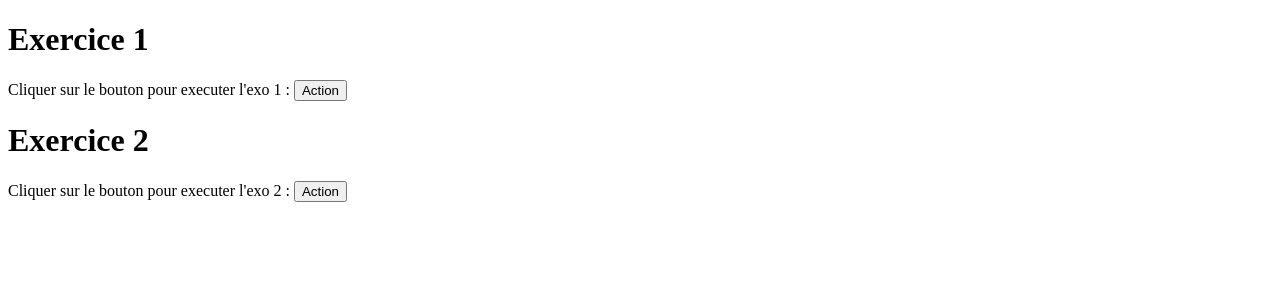
Repository: AgatheLM/formation_js
Page: insee-travaux-js/insee-client-js/exo1.html
An editor plug-in stored every save of this project. The page is shown before and after the next save, followed by the edit.
The browser window is 1280 px wide. The pictures show the whole page.

Above is the page before, as saved 2018-01-24 11:23:24.

### insee-travaux-js/insee-client-js/exo1.html
<!DOCTYPE html>
<html>
<head>
<meta charset="utf-8">
<meta http-equiv="X-UA-Compatible" content="IE=edge">
<title>Ma page de calcul</title>
<script type="text/javascript" src="scripts/main.js"></script>
</head>
<body>

	<h1> Exercice 1 </h1>
	<form action="">
		Cliquer sur le bouton pour executer l'exo 1 : <input type="button"
			value="Action" onclick="main()" />
	</form>

	<h1> Exercice 2 </h1>
	<form action="">
		Cliquer sur le bouton pour executer l'exo 2 : <input type="button"
			value="Action" onclick="main_exo2()" />
	</form>


</body>
</html>

### insee-travaux-js/insee-client-js/scripts/main.js
function main(){

	// Exercice 1
	try{
		// 1 - Demande à l'utilisateur
		var largeur = prompt ('Renseigner la largeur?','');
		var longueur = prompt ('Renseigner la longueur?','');
		//2. Appel aux fonctions utilitaires
		var surface=calculSurface(longueur, largeur);
		var perimetre=calculPerimetre(longueur, largeur);
		//3. Affichage du résultat
		alert ("La surface est de " + surface);
		alert ("Le périmètre est de " + perimetre);
	} catch(e) {
		console.log(e);
	}


}

function main_exo2(){

	/*Exercice 2 : Manipulation des tableaux
	Nous souhaitons afficher les éléments d’un tableau selon l’indice fourni par un utilisateur.
	Cette action sera répétée autant de fois jusqu’à ce que l’utilisateur saisisse le nombre « -1 » pour sortir.
	Travail à faire :
	- Coder une fonction qui initialisera le tableau ci dessous :
	var tab = new Array("Hollande","ZOME","Sarkozy","LE PEN","LE MAIRE","VALLS"
	- Faire pointer l’action du bouton sur cette nouvelle fonction.
	*/

	try{
		var tab = initTableau();
		var max=tab.length;
		var i = 0;
		while (i!=-1 ){
			i = parseInt(prompt ('Quel élément voulez vous?'));
			if ( i<max){
				alert(afficheElement(tab,i));
				//i = prompt ('Quel élément voulez vous?');
			} else  {
				alert ("Indice incorrect, il n'y a que " + max + " élements");
				//i = prompt ('Quel élément voulez vous?');
			}
		}

	} catch(e) {
		console.log(e);
	}


}



/*************************
* Sous fonctions exo 1   *
*************************/


	function calculSurface (longueur, largeur)  {
		try {
			surface=longueur*largeur;
			return surface;
		} catch(e){
			console.log(e);
		}

	}

	function calculPerimetre (longueur, largeur){
		try {
			perimetre=2*longueur+2*largeur;
			return perimetre;
		}catch(e){
			console.log(e);
		}

	}


/*************************
* Sous fonctions exo 2   *
*************************/

	function initTableau(){
		return new Array("Hollande","ZOME","Sarkozy","LE PEN","LE MAIRE","VALLS");
	}


	function afficheElement(tab, i){
		return tab[i];
	}

After the next save:
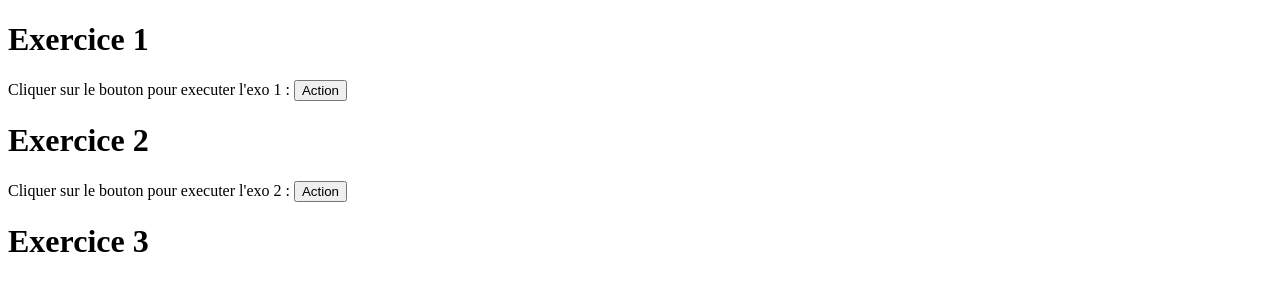
Saved 27 s later.
--- a/insee-travaux-js/insee-client-js/exo1.html
+++ b/insee-travaux-js/insee-client-js/exo1.html
@@ -20,6 +20,9 @@
 			value="Action" onclick="main_exo2()" />
 	</form>
 
+	<h1> Exercice 3 </h1>
+	<form action=""></form>
+
 
 </body>
 </html>
